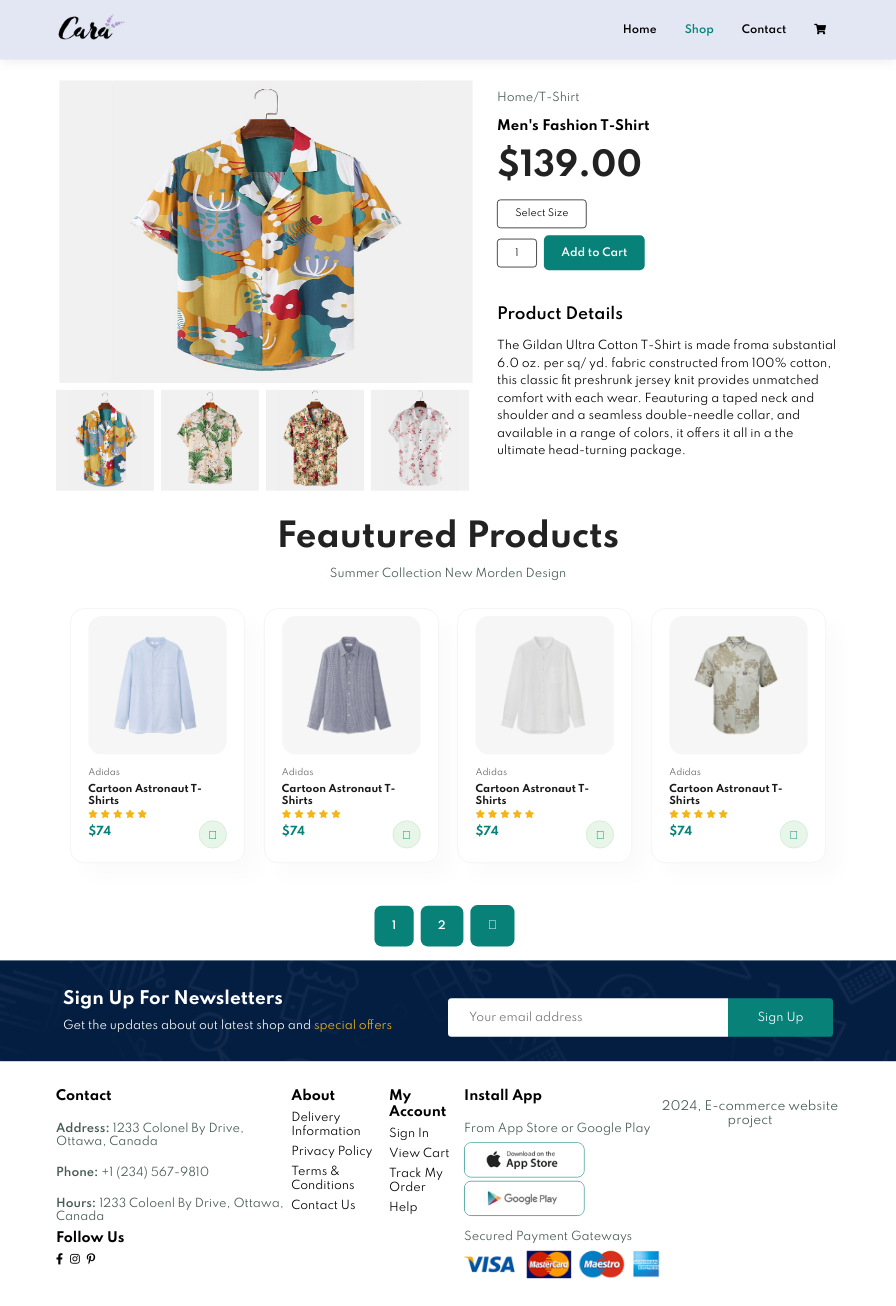
Repository: Daryllgio/E-Commerce-Website-UI
Page: ItemDetail.html
An editor plug-in stored every save of this project. The page is shown before and after the next save, followed by the edit.
The browser window is 1280 px wide. The pictures show the whole page, at 70% of full size.
Some web libraries are served in a nearby version.

Above is the page before, as saved 2025-01-01 23:39:49.

### ItemDetail.html
<!DOCTYPE html>
<html lang="en">

<head>
    <meta charset="UTF-8">
    <meta http-equiv="X-UA-Compatible" content="IE=edge">
    <meta name="viewport" content="width=device-width, initial-scale=1.0">
    <title>Tech2etc Ecommerce Tutorial</title>
    <link rel="stylesheet" href="https://pro.fontawesome.com/releases/v5.10.0/css/all.css" />

    <link rel="stylesheet" href="style.css">
</head>

<body>
    <section id="header">
        <a href="#"><img src="img/logo.png" id="logo" class="logo" alt=""></a>

        <div>
            <ul id="navbar">
                <li>
                    <a href="index.html">Home</a>
                </li>
                <li>
                    <a class="active" href="shop.html">Shop</a>
                </li>
                <li>
                    <a href="contact.html">Contact</a>
                </li>
                <li>
                    <a href="cart.html"><i class="fa fa-shopping-cart" aria-hidden="true"></i></a>
                </li>

            </ul>
        </div>
    </section>

    <section id="Product-Detail-Container">
        <div class="OptionContainer">
            <img src="img/products/f1.jpg" id="MainImg" alt="">
            <div class="OptionSubContainer">
                <img src="img/products/f1.jpg" class="option" alt="">
                <img src="img/products/f2.jpg" class="option" alt="">
                <img src="img/products/f3.jpg" class="option" alt="">
                <img src="img/products/f4.jpg" class="option" alt="">
            </div>
        </div>

        <div>
            <p class="Product-Name">Home/T-Shirt</p>
            <h3 class="Product-Category">Men's Fashion T-Shirt</h3>
            <h2 class="Product-Price">$139.00</h2>
            <div class="dropdown">
                <button class="dropdown-btn" onclick="toggleDropdown('myDropdown1')">Select Size</button>
                <div class="dropdown-content" id="myDropdown1">
                    <a href="#" onclick="updateButtonText('myDropdown1', this)">Small</a>
                    <a href="#" onclick="updateButtonText('myDropdown1', this)">Medium</a>
                    <a href="#" onclick="updateButtonText('myDropdown1', this)">Large</a>
                </div>
            </div>
            <div class="Product-Num-Container">
                <div class="dropdown">
                    <button class="Size-btn" onclick="toggleDropdown('myDropdown2')">1</button>
                    <div class="dropdown-content" id="myDropdown2">
                        <a href="#" onclick="updateButtonText('myDropdown2', this)">1</a>
                        <a href="#" onclick="updateButtonText('myDropdown2', this)">2</a>
                        <a href="#" onclick="updateButtonText('myDropdown2', this)">3</a>
                        <a href="#" onclick="updateButtonText('myDropdown2', this)">4</a>
                        <a href="#" onclick="updateButtonText('myDropdown2', this)">5</a>
                        <a href="#" onclick="updateButtonText('myDropdown2', this)">6</a>
                        <a href="#" onclick="updateButtonText('myDropdown2', this)">7</a>
                        <a href="#" onclick="updateButtonText('myDropdown2', this)">8</a>
                        <a href="#" onclick="updateButtonText('myDropdown2', this)">9</a>
                        <a href="#" onclick="updateButtonText('myDropdown2', this)"></a>
                    </div>
                </div>
                <button class="AddToCart-btn">
                    Add to Cart
                </button>
            </div>
            <p class="Product-Detail-Header">Product Details</p>
            <p class="Product-Details">
                The Gildan Ultra Cotton T-Shirt is made froma substantial 6.0 oz. per sq/ yd. fabric constructed
                from 100% cotton, this classic fit preshrunk jersey knit provides unmatched comfort with each wear.
                Feauturing a taped neck and shoulder and a seamless double-needle collar, and available in a range
                of colors, it offers it all in a the ultimate head-turning package.
            </p>
        </div>

    </section>


    <section id="product1" class="section-p1">
        <h2>
            Feautured Products
        </h2>
        <p>
            Summer Collection New Morden Design
        </p>
        <div class="pro-container">
            <div class="pro">
                <img src="img/products/n1.jpg" alt="">
                <div class="des">
                    <span>Adidas</span>
                    <h5>Cartoon Astronaut T-Shirts</h5>
                    <div class="star">
                        <i class="fas fa-star"></i>
                        <i class="fas fa-star"></i>
                        <i class="fas fa-star"></i>
                        <i class="fas fa-star"></i>
                        <i class="fas fa-star"></i>
                    </div>
                    <div class="Shop">
                        <h4>$74</h4>
                        <a href="#"><i class="fal fa-shopping-cart "></i></a>
                    </div>

                </div>
            </div>

            <div class="pro">
                <img src="img/products/n2.jpg" alt="">
                <div class="des">
                    <span>Adidas</span>
                    <h5>Cartoon Astronaut T-Shirts</h5>
                    <div class="star">
                        <i class="fas fa-star"></i>
                        <i class="fas fa-star"></i>
                        <i class="fas fa-star"></i>
                        <i class="fas fa-star"></i>
                        <i class="fas fa-star"></i>
                    </div>
                    <div class="Shop">
                        <h4>$74</h4>
                        <a href="#"><i class="fal fa-shopping-cart "></i></a>
                    </div>

                </div>
            </div>

            <div class="pro">
                <img src="img/products/n3.jpg" alt="">
                <div class="des">
                    <span>Adidas</span>
                    <h5>Cartoon Astronaut T-Shirts</h5>
                    <div class="star">
                        <i class="fas fa-star"></i>
                        <i class="fas fa-star"></i>
                        <i class="fas fa-star"></i>
                        <i class="fas fa-star"></i>
                        <i class="fas fa-star"></i>
                    </div>
                    <div class="Shop">
                        <h4>$74</h4>
                        <a href="#"><i class="fal fa-shopping-cart "></i></a>
                    </div>

                </div>
            </div>

            <div class="pro">
                <img src="img/products/n4.jpg" alt="">
                <div class="des">
                    <span>Adidas</span>
                    <h5>Cartoon Astronaut T-Shirts</h5>
                    <div class="star">
                        <i class="fas fa-star"></i>
                        <i class="fas fa-star"></i>
                        <i class="fas fa-star"></i>
                        <i class="fas fa-star"></i>
                        <i class="fas fa-star"></i>
                    </div>
                    <div class="Shop">
                        <h4>$74</h4>
                        <a href="#"><i class="fal fa-shopping-cart "></i></a>
                    </div>

                </div>
            </div>
        </div>
    </section>

    <section id="ShopPagePagination">
        <a href="#">
            1
        </a>
        <a href="#">
            2
        </a>
        <a href="#">
            <i class="fal fa-long-arrow-alt-right"></i>
        </a>
    </section>

    <section id="sm-NewsLetter" class="section-p1">
        <div class="Newsletters-Container">
            <div class="Newsletters-Text">
                <h3>Sign Up For Newsletters</h3>
                <p> Get the updates about out latest shop and <span>special offers</span></p>
            </div>
            <div class="Newsletters-Input">
                <input placeholder="Your email address" />
                <button>
                    Sign Up
                </button>
            </div>
        </div>
    </section>

    <section id="Footer" class="section-p1">
        <div class="Footer-box">
            <h3>Contact</h3>
            <p><span>Address: </span>1233 Colonel By Drive, Ottawa, Canada</p>
            <p><span>Phone: </span>+1 (234) 567-9810</span></p>
            <p><span>Hours: </span>1233 Coloenl By Drive, Ottawa, Canada</p>
            <h3>Follow Us</h3>

            <div class="Social-Icons">
                <i class="fab fa-facebook-f"></i>
                <i class="fab fa-instagram"></i>
                <i class="fab fa-pinterest-p"></i>
            </div>
        </div>

        <div class="Footer-box">
            <h3>About</h3>
            <a href="#">Delivery Information</a>
            <a href="#">Privacy Policy</a>
            <a href="#">Terms & Conditions</a>
            <a href="contact.html">Contact Us</a>
        </div>

        <div class="Footer-box">
            <h3>My Account</h3>
            <a href="#">Sign In</a>
            <a href="cart.html">View Cart</a>
            <a href="#">Track My Order</a>
            <a href="#">Help</a>
        </div>

        <div class="Footer-box">
            <h3>Install App</h3>
            <p>From App Store or Google Play</p>
            <div class="Pay-Container">
                <img src="img/pay/app.jpg" class="pay" alt="">
                <img src="img/pay/play.jpg" class="pay" alt="">

            </div>
            <p>Secured Payment Gateways</p>
            <img src="img/pay/pay.png" alt="">

        </div>

        </footer>
        <div id="copyright">
            <p>
                2024, E-commerce website project
            </p>
        </div>

        <script>
            var MainImg = document.getElementById("MainImg");
            var smallimg = document.getElementsByClassName("option");

            for (let i = 0; i < smallimg.length; i++) {
                smallimg[i].onclick = function () {
                    MainImg.src = smallimg[i].src;
                }
            }
        </script>

        <script src="script.js"></script>
</body>

</html>

### style.css
@import url("https://fonts.googleapis.com/css2?family=Spartan:wght@100;200;300;400;500;600;700;800;900&display=swap");

* {
  margin: 0;
  padding: 0;
  box-sizing: border-box;
  font-family: "Spartan", sans-serif;
}

html {
  scroll-behavior: smooth;
}

/* Global Styles */

h1 {
  font-size: 50px;
  line-height: 64px;
  color: #222;
}

h2 {
  font-size: 46px;
  line-height: 54px;
  color: #222;
}

h4 {
  font-size: 20px;
  color: #222;
}

h6 {
  font-weight: 700;
  font-size: 12px;
}

p {
  font-size: 16px;
  color: #465b52;
  margin: 15px 0 20px 0;
}

.section-p1 {
  padding: 40px 80px;
}

.section-m1 {
  margin: 40px 0;
}

button.normal {
  font-size: 14px;
  font-weight: 400;
  padding: 15px 20px;
  border-radius: 5px;
  cursor: pointer;
  border: none;
  outline: none;
  transition: 0.3s;
}

body {
  width: 100%;
}

#header {
  display: flex;
  align-items: center;
  justify-content: space-between;
  padding: 20px 80px;
  background: #E3E6F3;
  box-shadow: 0 5px 15px rgba(0, 0, 0, 0.06);
  position: sticky;
  top: 0;
  left: 0;

}



#navbar {
  display: flex;
  align-items: center;
  justify-content: center;
}

#navbar li {
  list-style: none;
  padding: 0px 20px;
}

#navbar li a {
  text-decoration: none;
  font-size: 15px;
  font-weight: 600;
  color: #000;
  transition: 0.3s ease;
}

#navbar li a:hover,
#navbar li a.active {
  color: #088178;
}

#HomeHeaderContent {
  background-image: url("img/hero4.png");
  height: 90vh;
  width: 100%;
  background-size: cover;
  background-position: top 25% right 0;
  padding: 0 80px;
  align-items: flex-start;
  display: flex;
  flex-direction: column;
  justify-content: center;
}

#HomeHeaderContent h4 {
  margin-bottom: 10px;
}

#HomeHeaderContent h1 {
  color: #088178;
}

#HomeHeaderContent button {
  color: #088178;
  background-image: url("img/button.png");
  font-size: 15px;
  font-weight: 600;
  background-color: transparent;
  border: 0;
  padding: 14px 80px 14px 65px;
  background-repeat: no-repeat;
  cursor: pointer;
}

#Features {
  display: flex;
  justify-content: space-between;
}

#Features .fe-box {
  width: 200px;
  text-align: center;
  padding: 35px 25px;
  border: 1px solid #cce7d0;
  box-shadow: 20px 20px 34px rgba(0, 0, 0, 0.03);
  border-radius: 10px;
}

#Features .fe-box:hover {
  box-shadow: 10px 10px 54px rgba(0, 0, 0, 0.1);
}

#Features .fe-box img {
  margin-bottom: 10px;
}

#Features .fe-box h6 {
  font-size: 13px;
  display: inline-block;
  line-height: 1;
  border-radius: 4px;
  color: #088178;
  background-color: #fddde4;
  padding: 9px 8px 6px 8px;
}

#Features .fe-box:nth-child(2) h6 {
  background-color: #cdebbc;
}

#Features .fe-box:nth-child(3) h6 {
  background-color: #d1e8f2;
}

#Features .fe-box:nth-child(4) h6 {
  background-color: #cdd4f8;
}

#Features .fe-box:nth-child(5) h6 {
  background-color: #f6dbf6;
}

#Features .fe-box:nth-child(6) h6 {
  background-color: #fff2e5;
}

#product1 {
  text-align: center;
}

#product1 .pro {
  width: 23%;
  min-width: 250px;
  padding: 10px 25px;
  border: 1px solid #f0f0f0;
  border-radius: 20px;
  cursor: pointer;
  box-shadow: 20px 20px 30px rgba(0, 0, 0, 0.02);
  transition: 0.3s ease;
}

#product1 .pro:hover {
  box-shadow: 20px 20px 30px rgba(0, 0, 0, 0.06);

}

#product1 .pro img {
  width: 100%;
  border-radius: 20px;
}

#product1 .pro .des {
  text-align: start;
  padding: 10px 0;
}

#product1 .pro .des span {
  color: #606063;
  font-size: 12px;
}

#product1 .pro .des h5 {
  color: #1a1a1a;
  font-size: 14px;
  padding-top: 7px;
}

#product1 .pro .des .fa-star {
  color: rgb(243, 181, 25);
  font-size: 12px;
}

#product1 .pro .des h4 {
  font-size: 16px;
  padding-top: 7px;
  font-weight: 700;
  color: #088178;

}

#product1 .pro .Shop {
  display: flex;
  justify-content: space-between;
}

#product1 .pro .des .fa-shopping-cart {
  width: 40px;
  height: 40px;
  line-height: 40px;
  border-radius: 50px;
  font-size: 17px;
  background-color: #e8f6ea;
  font-weight: 500;
  color: #088178;
  border: 1px solid #cce7d0;
  text-align: center;
}

#product1 .pro-container {
  display: flex;
  justify-content: space-between;
  padding: 20px;
  flex-wrap: wrap;
}


#banner {
  background-image: url("img/banner/b2.jpg");
  height: 40vh;
  width: 100%;
  background-size: cover;
  background-position: top 25% right 0;
  padding: 0 80px;
  text-align: center;
  display: flex;
  flex-direction: column;
  align-items: center;
  justify-content: center;
}

#banner p {
  font-size: 15px;
  margin-bottom: 15px;
  font-weight: 400;
  color: #ffffff;
}

#banner h2 {
  color: #fff;
  margin-bottom: 15px;
}

#banner span {
  color: red;
}

#banner button:hover {
  color: #fff;
  background-color: #088178;
}



#sm-banner {
  display: flex;
  justify-content: space-between;
  flex-wrap: wrap;
  margin-bottom: 10px;
}

#sm-banner .banner-box {
  background-image: url("img/banner/b17.jpg");
  height: 50vh;
  min-width: 620px;
  background-size: cover;
  padding: 0 20px;
  display: flex;
  flex-direction: column;
  align-items: flex-start;
  justify-content: center;

}

#sm-banner .banner-box:nth-child(2) {
  background-image: url("img/banner/b10.jpg");
}

#sm-banner p {
  font-size: 20px;
  color: #fff;
}

#sm-banner h2 {
  color: #fff;
}

#sm-banner span {
  font-size: 17px;
  color: #fff;
  margin-top: 15px;
}

#sm-banner button {
  margin-top: 25px;
  background-color: transparent;
  color: #fff;
  border: 1px solid #fff;
  transition: 0.3s ease;

}

#sm-banner button:hover {
  border: 0;
  background-color: #088178;
}




#sm-banner2 {
  display: flex;
  justify-content: space-between;
}

#sm-banner2 .banner-box {
  background-image: url("img/banner/b7.jpg");
  height: 30vh;
  width: 420px;
  background-size: cover;
  padding: 0 20px;
  display: flex;
  flex-direction: column;
  align-items: flex-start;
  justify-content: center;
  overflow: hidden;

}

#sm-banner2 .banner-box:nth-child(2) {
  background-image: url("img/banner/b4.jpg");
}

#sm-banner2 .banner-box:nth-child(3) {
  background-image: url("img/banner/b18.jpg");
}

#sm-banner2 h3 {
  font-size: 28px;
  color: #fff;
}

#sm-banner2 span {
  font-size: 17px;
  color: #fff;
  font-weight: 600;
  margin-top: 15px;
}

#sm-NewsLetter {
  background-image: url("img/banner/b14.png");
  background-repeat: no-repeat;
  height: 20vh;
  width: 100%;
  background-size: cover;
  background-position: top 25% right 30%;
  background-color: #041e42;
}

#sm-NewsLetter .Newsletters-Container {
  justify-content: space-between;
  padding: 0 10px;
  display: flex;
  flex-direction: row;
  align-items: center;
}

#sm-NewsLetter .Newsletters-Container h3 {
  color: #fff;
  font-size: 24px;
}

#sm-NewsLetter .Newsletters-Container p {
  color: #fff;
}

#sm-NewsLetter .Newsletters-Container span {
  color: rgb(243, 181, 25);
}

#sm-NewsLetter .Newsletters-Input {
  display: flex;
}

#sm-NewsLetter input {
  width: 400px;
  border: 0;
  border-radius: 5px;
  border-top-right-radius: 0;
  border-bottom-right-radius: 0;
  height: 55px;
  padding-left: 30px;
  font-size: 16px;
}

#sm-NewsLetter button {
  width: 150px;
  height: 55px;
  font-size: 16px;
  color: #fff;
  background-color: #088178;
  border: 0;
  border-radius: 5px;
  border-top-left-radius: 0;
  border-bottom-left-radius: 0;
}

#Footer {
  display: flex;
  flex-direction: row;
  justify-content: space-between;
}

#Footer .Footer-box {
  display: flex;
  flex-direction: column;
}

#Footer a {
  margin-bottom: 10px;
  text-decoration: none;
  color: #000;
}



#Footer h3 {
  margin-bottom: 10px;
}

#Footer .Social-Icons {
  display: flex;
  flex-direction: row;
  align-items: center;
}

#Footer i {
  margin-right: 10px;
}

#Footer span {
  font-weight: 600;
}

#Footer p {
  margin-bottom: 10px;
}

#Footer .pay {
  border: 1px solid #088178;
  border-radius: 10px;
}

#copyright p {
  text-align: center;
  font-size: 17px;
  font-weight: 400;
}

#ShopPageheader {
  background-image: url("img/banner/b1.jpg");
  height: 40vh;
  width: 100%;
  background-size: cover;
  background-position: top 25% right 0;
  padding: 0 80px;
  text-align: center;
  display: flex;
  flex-direction: column;
  align-items: center;
  justify-content: center;
}

#ShopPageheader h2 {
  color: #fff;
}

#ShopPageheader p {
  color: #fff;
  font-size: 18px;
  font-weight: 600;
}

#ShopPagePagination {
  display: flex;
  align-items: center;
  justify-content: center;
  margin-bottom: 20px;
}

#ShopPagePagination a {
  padding: 20px 25px;
  align-items: center;
  text-align: center;
  background-color: #088178;
  font-size: 15px;
  font-weight: 600;
  border: 0;
  text-decoration: none;
  border-radius: 10px;
  margin-right: 10px;
  color: #fff;
}

#ShopPagePagination a i {
  font-size: 18px;
}

.dropdown-content {
  display: none;
  position: absolute;
  background-color: #f9f9f9;
  min-width: 160px;
  box-shadow: 0px 8px 16px rgba(0, 0, 0, 0.2);
  z-index: 1;
}

.dropdown-content a {
  color: black;
  padding: 12px 16px;
  text-decoration: none;
  display: block;
}

.dropdown-content a:hover {
  background-color: #f1f1f1;
}

#Product-Detail-Container {
  display: flex;
  padding: 0 80px;
  margin-top: 30px;
}

#Product-Detail-Container .OptionContainer {
  display: flex;
  align-items: center;
  flex-direction: column;
  margin-right: 30px;
}

#Product-Detail-Container .OptionSubContainer {
  display: flex;
  justify-content: flex-start;
}



#MainImg {
  width: 590px;
  height: 60vh;
  margin-bottom: 10px;
}

#Product-Detail-Container .option {
  width: 140px;
  height: 20vh;
  margin-right: 10px;
  cursor: pointer;
}

#Product-Detail-Container .Product-Category {
  margin-bottom: 20px;
}

#Product-Detail-Container .Product-Price {
  margin-bottom: 20px;
}

#Product-Detail-Container .dropdown-btn {
  padding: 12px 25px;
  border: 1px solid;
  border-radius: 5px;
  background-color: transparent;
}

#Product-Detail-Container .Product-Num-Container {
  display: flex;
  align-items: center;
  margin-top: 10px;
  margin-bottom: 50px;
}

#Product-Detail-Container .Size-btn {
  padding: 12px 25px;
  border: 1px solid;
  border-radius: 5px;
  text-align: center;
  margin-right: 10px;
  background-color: #fff;
}

#Product-Detail-Container .AddToCart-btn {
  padding: 16px 25px;
  border: 0;
  border-radius: 7px;
  text-align: center;
  background-color: #088178;
  color: #fff;
  font-size: 15px;
  font-weight: 600;
}


#Product-Detail-Container .Product-Detail-Header {
  color: #000;
  font-size: 22px;
  font-weight: 600;
}

#Product-Detail-Container .Product-Details {
  color: #000;
  line-height: 25px;
}

#ContactPageheader {
  background-image: url("img/about/banner.png");
  height: 40vh;
  width: 100%;
  background-size: cover;
  background-position: top 25% right 0;
  padding: 0 80px;
  text-align: center;
  display: flex;
  flex-direction: column;
  align-items: center;
  justify-content: center;
}

#ContactPageheader h2 {
  color: #fff;
}

#ContactPageheader p {
  color: #fff;
  font-size: 18px;
  font-weight: 600;
}

#ContactDetailContainer {
  display: flex;
  align-items: center;
  gap: 20px;
  padding: 30px 50px;
}

#ContactDetailContainer .ContactDetail {
  display: flex;
  align-items: center;
  gap: 10px;
}

#ContactDetailContainer h2 {
  margin-bottom: 20px;
}

#ContactDetailContainer p {
  color: #000;
  font-size: 17px;
}

### script.js
// Script for navigation bar
function toggleDropdown(dropdownId) {
    const dropdown = document.getElementById(dropdownId);
    const isOpen = dropdown.style.display === "block";
    closeAllDropdowns(); // Close any other open dropdowns
    dropdown.style.display = isOpen ? "none" : "block";
}

function closeAllDropdowns() {
    const dropdowns = document.querySelectorAll(".dropdown-content");
    dropdowns.forEach(dropdown => {
        dropdown.style.display = "none";
    });
}

function updateButtonText(dropdownId, selectedItem) {
    const dropdown = document.getElementById(dropdownId);
    const button = dropdown.previousElementSibling; // Select the button associated with the dropdown
    button.textContent = selectedItem.textContent; // Update button text with the selected item's text
    dropdown.style.display = "none"; // Close the dropdown after selection
}

// Close dropdowns when clicking outside
document.addEventListener("click", function (event) {
    if (!event.target.matches(".dropdown-btn") && !event.target.matches(".Size-btn")) {
        closeAllDropdowns();
    }
});

After the next save:
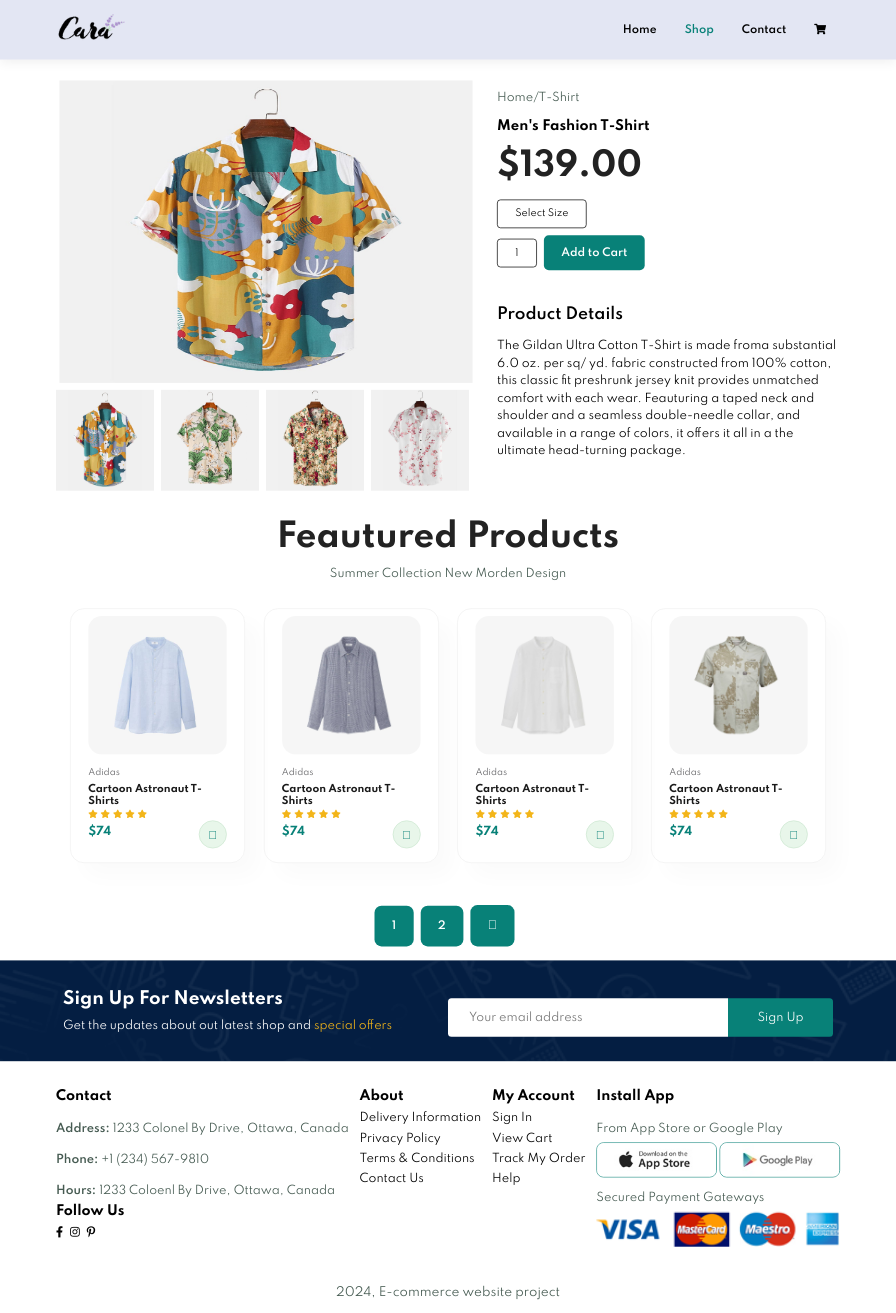
Saved 27 s later.
--- a/ItemDetail.html
+++ b/ItemDetail.html
@@ -250,25 +250,25 @@
 
         </div>
 
-        </footer>
-        <div id="copyright">
-            <p>
-                2024, E-commerce website project
-            </p>
-        </div>
-
-        <script>
-            var MainImg = document.getElementById("MainImg");
-            var smallimg = document.getElementsByClassName("option");
-
-            for (let i = 0; i < smallimg.length; i++) {
-                smallimg[i].onclick = function () {
-                    MainImg.src = smallimg[i].src;
-                }
+    </section>
+    <div id="copyright">
+        <p>
+            2024, E-commerce website project
+        </p>
+    </div>
+
+    <script>
+        var MainImg = document.getElementById("MainImg");
+        var smallimg = document.getElementsByClassName("option");
+
+        for (let i = 0; i < smallimg.length; i++) {
+            smallimg[i].onclick = function () {
+                MainImg.src = smallimg[i].src;
             }
-        </script>
-
-        <script src="script.js"></script>
+        }
+    </script>
+
+    <script src="script.js"></script>
 </body>
 
 </html>
